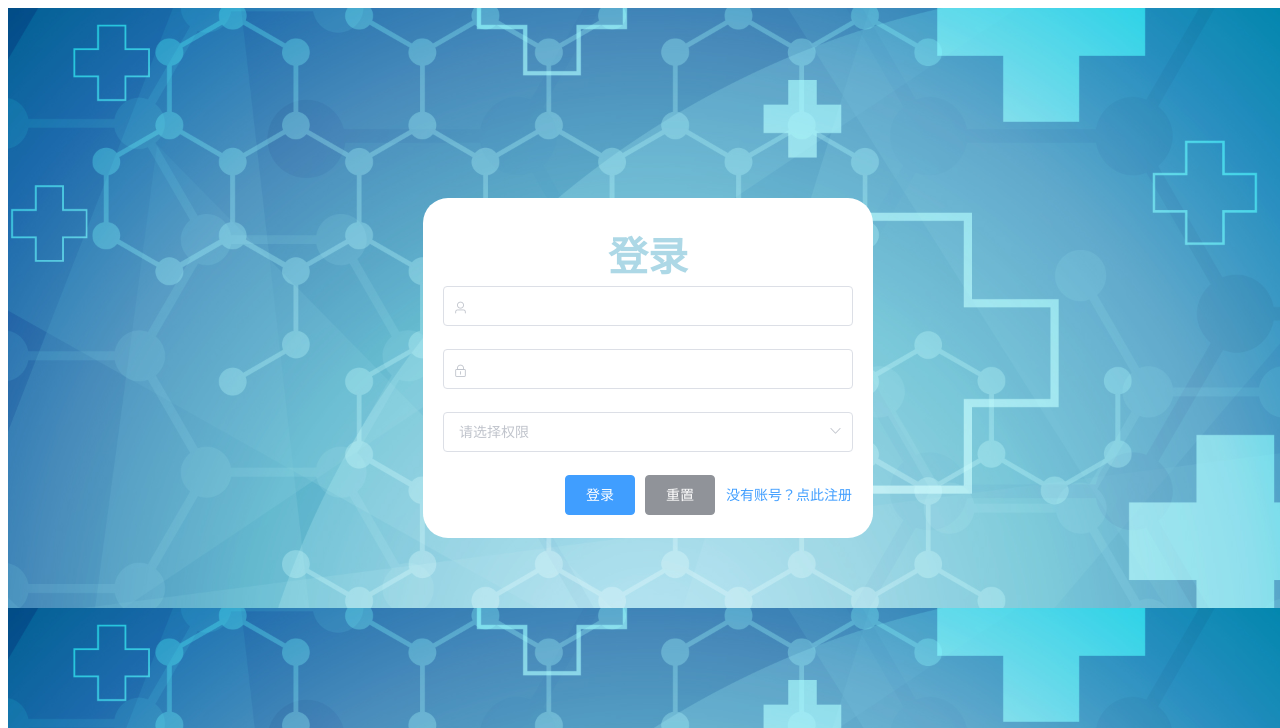
Repository: ShaoCHis/WEB-SOA-frontEnd
Page: /
The author's editor kept a copy of each file at every save. The page is drawn from the files as they stood at one save, then again after the next save.
The browser window is 1280 px wide. The pictures show the whole page.
The project was rebuilt for these pictures with package versions that can differ from the ones it lists, and the page was loaded fresh each time. Also part of the build but not shown: src/components/test.vue, src/components/test2.vue, src/components/Register.vue, src/components/Admin/ManagePage.vue, src/components/Hospital/HMainPage.vue, src/components/Patient/MainPage.vue.

Above is the page before, as saved 2021-11-16 18:28:49.

### src/main.js
import Vue from 'vue'
import App from './App.vue'
import router from './router'
import axios from 'axios'//axios
import './plugins/element.js'
import './assets/icon/iconfont.css'
Vue.config.productionTip = false
Vue.prototype.$axios = axios//axios

new Vue({
  router,
  render: h => h(App),
  template: '<App/>'
}).$mount('#app')



//import ElementUI from 'element-ui' //element-ui的全部组件
//import 'element-ui/lib/theme-chalk/index.css'//element-ui的css
//Vue.use(ElementUI) //使用elementUI

/* eslint-disable no-new */
// new Vue({
//   el: '#app',
//   router,
//   components: { App },
//   template: '<App/>'
// })

### src/App.vue
<template>
  <div id="app">
      <router-view v-if="isRouterAlive" />
  </div>
</template>

<script>


export default {
  name:"app",
  provide(){
		return{
			reload:this.reload
		}
	},
data(){
		return{
			isRouterAlive:true
		}
	},
	methods: {
		reload() {
			this.isRouterAlive=false
			this.$nextTick(function(){
				this.isRouterAlive=true
			})
		}
  }
};
</script>

<style>
html,body,#app{

 height: 100%;

}
</style>

### src/router/index.js
import Vue from 'vue'
import Router from 'vue-router'
// import Login from '@/components/Login'
// import Result from '@/components/Result'
import Login from '../components/Login.vue'
import test from '../components/test.vue'
import test2 from '../components/test2.vue'
import Register from '../components/Register.vue'
import ManagePage from '../components/Admin/ManagePage.vue'
import HMainPage from '../components/Hospital/HMainPage.vue'
import MainPage from '../components/Patient/MainPage.vue'

Vue.use(Router)

export default new Router({
  routes: [
    { path: '/', component: Login},
    { path: '/login', component: Login},
    { path: '/register', component: Register},
    { path: '/managepage', component: ManagePage},
    { path: '/hmainpage', component: HMainPage},
    { path: '/mainpage', component: MainPage},
    { path: '/test', component: test},
    { path: '/test2', component: test2},
  ]
})

### src/plugins/element.js
import Vue from 'vue'
import 'element-ui/lib/theme-chalk/index.css'
import {
  Avatar,
  Pagination,
  Dialog,
  Autocomplete,
  Dropdown,
  DropdownMenu,
  DropdownItem,
  Menu,
  Submenu,
  MenuItem,
  MenuItemGroup,
  Input,
  InputNumber,
  Radio,
  RadioGroup,
  RadioButton,
  Checkbox,
  CheckboxButton,
  CheckboxGroup,
  Switch,
  Select,
  Option,
  OptionGroup,
  Button,
  ButtonGroup,
  Table,
  Divider,
  TableColumn,
  DatePicker,
  TimeSelect,
  TimePicker,
  Popover,
  Tooltip,
  Breadcrumb,
  BreadcrumbItem,
  Form,
  FormItem,
  Tabs,
  TabPane,
  Tag,
  Tree,
  Alert,
  Slider,
  Icon,
  Row,
  Col,
  Upload,
  Progress,
  Spinner,
  Badge,
  Card,
  Rate,
  Steps,
  Step,
  Carousel,
  CarouselItem,
  Collapse,
  CollapseItem,
  Cascader,
  ColorPicker,
  Transfer,
  Container,
  Header,
  Aside,
  Main,
  Footer,
  Timeline,
  TimelineItem,
  Link,
  Image,
  Calendar,
  Backtop,
  PageHeader,
  CascaderPanel,
  Loading,
  MessageBox,
  Message,
  Notification,
  Popconfirm
} from 'element-ui';
Vue.use(Avatar);
Vue.use(Pagination);
Vue.use(Dialog);
Vue.use(Autocomplete);
Vue.use(Dropdown);
Vue.use(DropdownMenu);
Vue.use(DropdownItem);
Vue.use(Menu);
Vue.use(Submenu);
Vue.use(MenuItem);
Vue.use(MenuItemGroup);
Vue.use(Input);
Vue.use(InputNumber);
Vue.use(Radio);
Vue.use(RadioGroup);
Vue.use(RadioButton);
Vue.use(Checkbox);
Vue.use(CheckboxButton);
Vue.use(CheckboxGroup);
Vue.use(Switch);
Vue.use(Select);
Vue.use(Option);
Vue.use(OptionGroup);
Vue.use(Button);
Vue.use(ButtonGroup);
Vue.use(Table);
Vue.use(Divider);
Vue.use(TableColumn);
Vue.use(DatePicker);
Vue.use(TimeSelect);
Vue.use(TimePicker);
Vue.use(Popover);
Vue.use(Popconfirm);
Vue.use(Tooltip);
Vue.use(Breadcrumb);
Vue.use(BreadcrumbItem);
Vue.use(Form);
Vue.use(FormItem);
Vue.use(Tabs);
Vue.use(TabPane);
Vue.use(Tag);
Vue.use(Tree);
Vue.use(Alert);
Vue.use(Slider);
Vue.use(Icon);
Vue.use(Row);
Vue.use(Col);
Vue.use(Upload);
Vue.use(Progress);
Vue.use(Spinner);
Vue.use(Badge);
Vue.use(Card);
Vue.use(Rate);
Vue.use(Steps);
Vue.use(Step);
Vue.use(Carousel);
Vue.use(CarouselItem);
Vue.use(Collapse);
Vue.use(CollapseItem);
Vue.use(Cascader);
Vue.use(ColorPicker);
Vue.use(Transfer);
Vue.use(Container);
Vue.use(Header);
Vue.use(Aside);
Vue.use(Main);
Vue.use(Footer);
Vue.use(Timeline);
Vue.use(TimelineItem);
Vue.use(Link);
Vue.use(Divider);
Vue.use(Image);
Vue.use(Calendar);
Vue.use(Backtop);
Vue.use(PageHeader);
Vue.use(CascaderPanel);

Vue.use(Loading.directive);

Vue.prototype.$loading = Loading.service;
Vue.prototype.$msgbox = MessageBox;
Vue.prototype.$alert = MessageBox.alert;
Vue.prototype.$confirm = MessageBox.confirm;
Vue.prototype.$prompt = MessageBox.prompt;
Vue.prototype.$notify = Notification;
Vue.prototype.$message = Message;

### src/assets/icon/iconfont.css
@font-face {
  font-family: "iconfont"; /* Project id 2933034 */
  src: url('iconfont.woff2?t=1636685974259') format('woff2'),
       url('iconfont.woff?t=1636685974259') format('woff'),
       url('iconfont.ttf?t=1636685974259') format('truetype');
}

.iconfont {
  font-family: "iconfont" !important;
  font-size: 16px;
  font-style: normal;
  -webkit-font-smoothing: antialiased;
  -moz-osx-font-smoothing: grayscale;
}

.icon-xiaozu:before {
  content: "\e69a";
  font-size: 18px;
  margin-right: 3px;
  margin-top:2px;
}

### src/components/Login.vue
<template>
<div>
    <div class="login_container" >
        <div class="login_box">
            <div class="tip">
             <h1>登录</h1>
            </div>
            <!-- 头像区域 -->
            <!-- <div class="avatar_box">
               <img src="../assets/back.jpg" alt="">
            </div> -->
            <!-- 登录表单 -->
            <el-form ref="loginFormRef" :model="loginForm" :rules="loginFormRules" label-width="0px" class="login_form">
                <!-- 用户名 -->
                <el-form-item prop="userid">
                     <el-input v-model="loginForm.userid" prefix-icon="el-icon-user"></el-input>
                </el-form-item>
                <!-- 密码 -->
                <el-form-item prop="password">
                     <el-input v-model="loginForm.password" prefix-icon="el-icon-lock"
                     type="password"></el-input>
                </el-form-item>
                <!-- 身份 -->
                <el-form-item prop="role"  >
                   <el-select v-model="loginForm.role" @change="searchSelect(loginForm.role)" placeholder="请选择权限"  style="width:100%" prefix>
                      <el-option v-for="item in options"
                       :key="item.role"
                       :label="item.label"
                       :value="item.role">
                       </el-option>
                  </el-select>
                </el-form-item>

                <!-- 按钮区域 -->
                <el-form-item class="btns">
                     <el-button type="primary" @click="login">登录</el-button>
                     <el-button type="info" @click="resetLoginForm">重置</el-button>
                     <el-button type="text" @click="register">没有账号？点此注册</el-button>
                </el-form-item>
            </el-form>

        </div>
    </div>
</div>
</template>

<script>
export default {

    data(){
        return{

           loginForm:{
                userid:'',
                password:'',
                role:'',
            },
            options: [
                     {label:"患者", role:'Patient'},
                     {label:"医院" , role:"Hospital"},
                     {label:"管理员", role:"Admin"}
                     ],

            loginFormRules:{
                userid:[{required: true, message: '请输入登录账号', trigger: "blur"},
                { min: 5, max: 10, message: '长度在 5 到 10 个字符', trigger: "blur"}],
                password:[{required: true, message: '请输入登录密码', trigger: "blur"},
                { min: 6, max: 15, message: '长度在 6 到 15 个字符', trigger: "blur"}]
            },

            searchSelect(val){
                console.log(val)
                this.value = val
                console.log(this.loginForm)
            },

        };

  },
  methods:{
      //重置按钮
      resetLoginForm(){
         // console.log(this)
          this.$refs.loginFormRef.resetFields();
      },
      login(){
          //  this.$axios
          // //查询是否有该电话
          // .post("/api/Canteen/checkCustomerandAdd",{
          //     "phone": this.username
          // })
          // .then(response=> {
          //   id = response.data;
          //   console.log(id);
          //   //以用户id登录
          //   this.$alert('登录成功！', '提示', {
          //     	confirmButtonText: '确定'
          //     });
          //     this.$router.push({
          //       path:'/Reservation/CustomPage',
          //       name:'CustomPage'
          //     });
          //     sessionStorage.setItem("userID",id);
          //     sessionStorage.setItem("customPageTitle","欢迎来到和平饭店");
          // })

         if(this.value=="Patient") this.$router.push('/mainpage');
         if(this.value=="Hospital") this.$router.push('/hmainpage');
         if(this.value=="Admin") this.$router.push('/managepage');
      },
      register(){
          this.$router.push('/register');
      },
     },
}


</script>

<style lang="less" scoped>
.tip{
          color: lightblue;
          font-size: 20px;
          font-weight: bold;
          text-align: center;
          margin-bottom: 30px;
}

.login_container{
    background-color: #5c2c948c;
    background-image:url('../assets/back.jpeg');
    background-size: 100%,100%;
    height: 100%;
    width: 100%;
    position: fixed;
}

.login_box{
    width:450px;
    height:340px;
    background-color: #fff;
    border-radius: 25px;
    position:absolute;
    left:50%;
    top:50%;
    transform: translate(-50%,-50%);
    .avatar_box{
        height:110px;
        width:110px;
        border:1px solid #eee;
        border-radius:50%;
        padding:5px;
        box-shadow:0 0 2px #ddd;
        position: absolute;
        left: 50%;
        transform: translate(-50%,-50%);
        background-color: #fff;
        img{
            width:100%;
            height:100%;
            border-radius: 50%;
            background-color: #eee;
        }
    }
}
.login_form{
    position:absolute;
    bottom:0;
    width: 100%;
    padding:0 20px;
    box-sizing: border-box;

}
.btns{
   display:flex;
   justify-content: flex-end;
}
</style>

Loaded but not shown: public/index.html (common file)

After the next save:
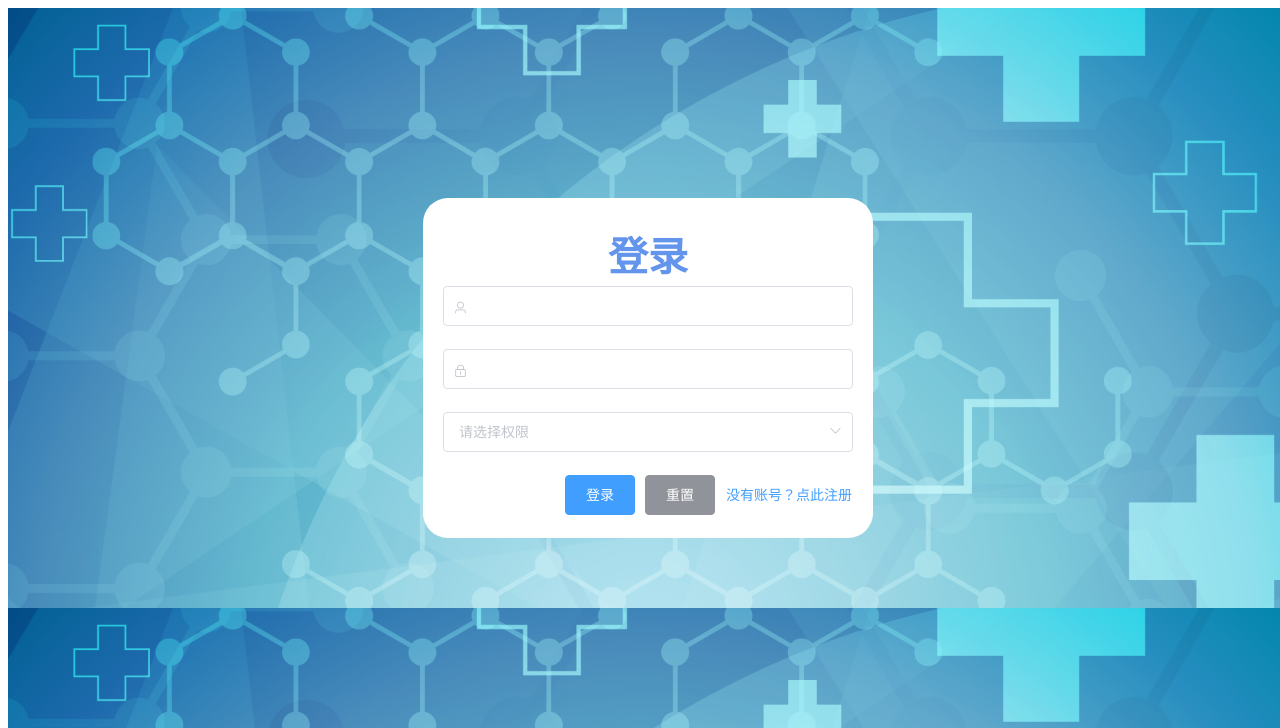
Saved 42 s later.
--- a/src/components/Login.vue
+++ b/src/components/Login.vue
@@ -119,7 +119,7 @@ export default {
 
 <style lang="less" scoped>
 .tip{
-          color: lightblue;
+          color: cornflowerblue;
           font-size: 20px;
           font-weight: bold;
           text-align: center;
